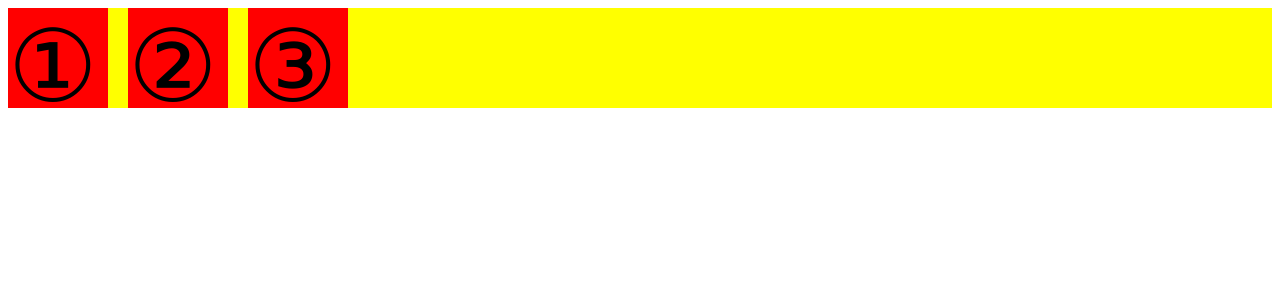
Repository: 9136424556/todo01
Page: coachtech/html-css/css1-17問.html
The author's editor kept a copy of each file at every save. The page is drawn from the files as they stood at one save, then again after the next save.
The browser window is 1280 px wide. The pictures show the whole page.

Above is the page before, as saved 2023-12-01 04:01:49.

### coachtech/html-css/css1-17問.html
<link rel="stylesheet" href="css/css1-17問.css">
<div class="flex">
    <div class="box">①</div>
    <div class="box">②</div>
    <div class="box">③</div>
</div>

### coachtech/html-css/css/css1-17問.css
.flex{
    display: flex;
    flex-direction: row;
    background-color: yellow;
}
.box{
    background-color: red;
    margin-right: 20px;
    width: 100px;
    height: 100px;
    font-size: 100px;
}

After the next save:
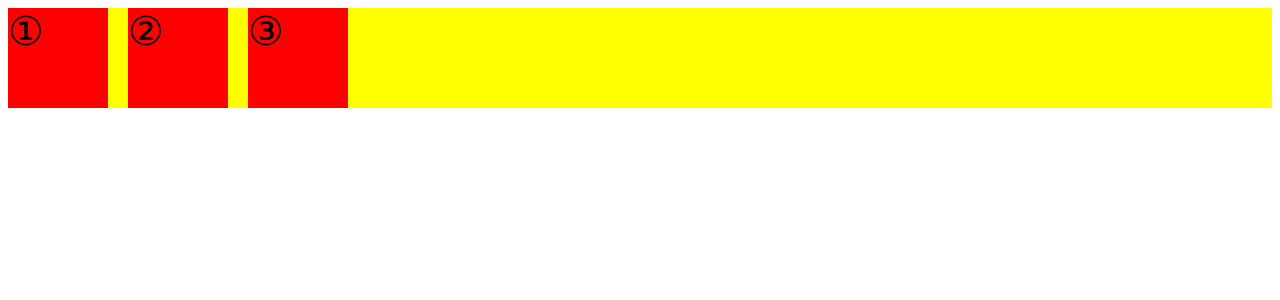
Saved 38 s later.
--- a/coachtech/html-css/css/css1-17問.css
+++ b/coachtech/html-css/css/css1-17問.css
@@ -8,5 +8,5 @@
     margin-right: 20px;
     width: 100px;
     height: 100px;
-    font-size: 100px;
+    font-size: 40px;
 }
